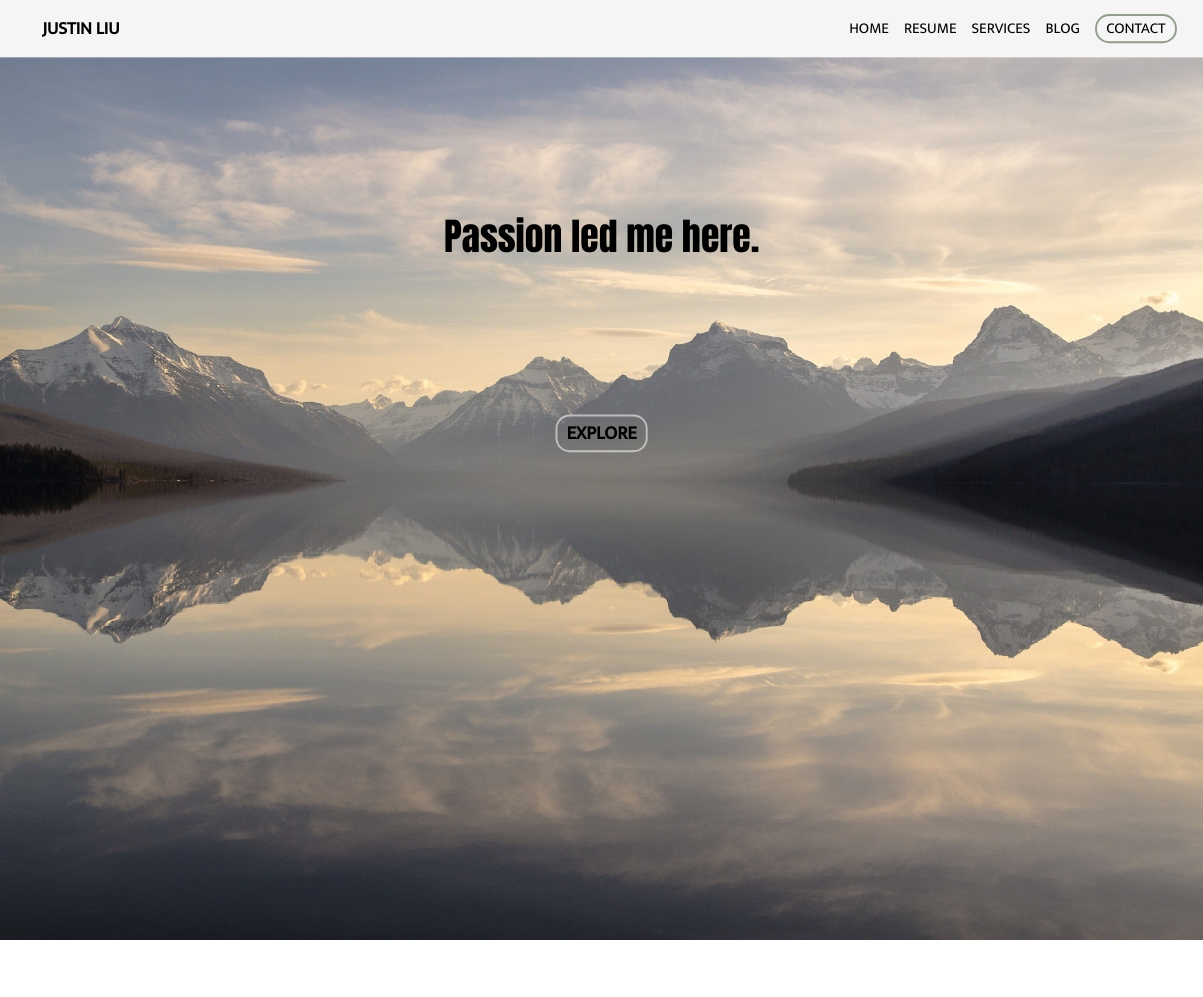
Repository: justinliu88/personal-projects
Page: index.html
These files come from the project's save history. The page is drawn as it stood at one moment and after the next save; the edit follows.
The browser window is 1280 px wide. The pictures show the whole page, at 94% of full size.
Some web libraries are served in a nearby version. The style sheet was rebuilt from its Sass, Less or Tailwind sources for each picture, by a compiler version that may differ from the author's.

Above is the page before, as saved 2020-03-17 13:08:38.

After the next save:
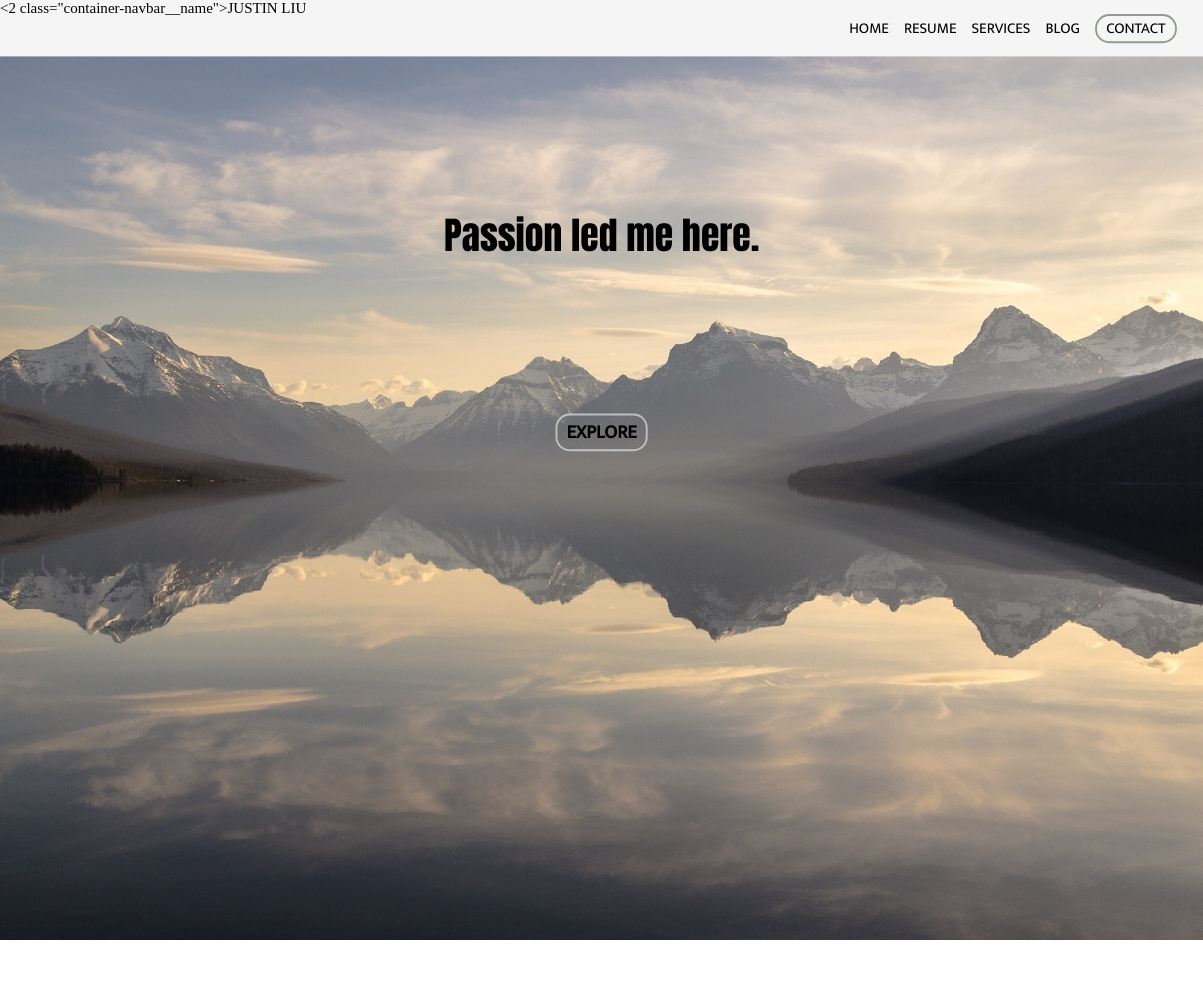
Saved 9 min 18 s later.
--- a/index.html
+++ b/index.html
@@ -14,24 +14,24 @@
 
 <body>
     <nav class="container-navbar">
-        <h3 class="container-navbar__name">JUSTIN LIU</h3>
-        <ul class="container-navbar__options">
-            <li class="container-navbar__options__buttons">
-                <a class="container-navbar__options__link" href="#">HOME</a>
-            </li>
-            <li class="container-navbar__options__buttons">
-                <a class="container-navbar__options__link" href="#">RESUME</a>
-            </li>
-            <li class="container-navbar__options__buttons">
-                <a class="container-navbar__options__link" href="#">SERVICES</a>
-            </li>
-            <li class="container-navbar__options__buttons">
-                <a class="container-navbar__options__link" href="#">BLOG</a>
-            </li>
-            <li class="container-navbar__options__buttons">
-                <a id="contactLink" class="container-navbar__options__link" href="#">CONTACT</a>
-            </li>
-        </ul>
+        <2 class="container-navbar__name">JUSTIN LIU</h2>
+            <ul class="container-navbar__options">
+                <li class="container-navbar__options__buttons">
+                    <a class="container-navbar__options__link" href="#">HOME</a>
+                </li>
+                <li class="container-navbar__options__buttons">
+                    <a class="container-navbar__options__link" href="#">RESUME</a>
+                </li>
+                <li class="container-navbar__options__buttons">
+                    <a class="container-navbar__options__link" href="#">SERVICES</a>
+                </li>
+                <li class="container-navbar__options__buttons">
+                    <a class="container-navbar__options__link" href="#">BLOG</a>
+                </li>
+                <li class="container-navbar__options__buttons">
+                    <a id="contactLink" class="container-navbar__options__link" href="#">CONTACT</a>
+                </li>
+            </ul>
     </nav>
 
     <div class="container-slogan">
